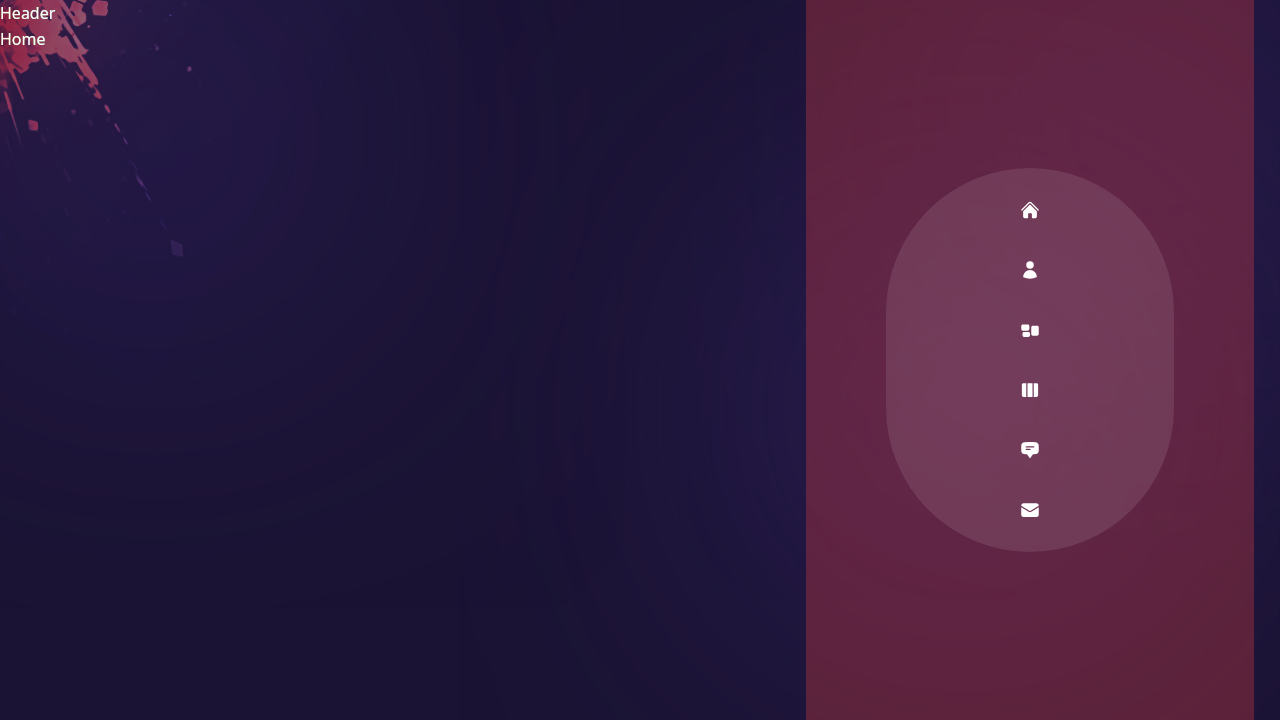
Repository: AchourMaryem/My-personal-portfolio
Page: /
The author's editor kept a copy of each file at every save. The page is drawn from the files as they stood at one save, then again after the next save.
The browser window is 1280 px wide. The pictures show the whole page.
The project was rebuilt for these pictures with package versions that can differ from the ones it lists, and the page was loaded fresh each time. The framework's server and built-in components were replaced by stand-ins that run in the browser. Also part of the build but not shown: next.config.js.

Above is the page before, as saved 2023-09-21 12:03:15.

### pages/_app.js
import '../styles/globals.css';
import Layout from '../components/Layout';
function MyApp({ Component, pageProps }) {
  return(
  <Layout>
  <Component {...pageProps} />
  </Layout>
  );
}

export default MyApp;

### components/Layout.js
import {Sora} from '@next/font/google'


const sora = Sora({
  subsets:['latin'],
  variable:'--font-sora',
  weight:['100','200','300','400','500','600','700','800'],
});
import Nav from '../components/Nav'
import Header from '../components/Header'
import TopLeftImg from '../components/TopLeftImg'

const Layout = ({children}) => {
  return <div className={'page bg-site text-white bg-cover bg-no-repeat ${sora.variable} font-sora relative '}>
   <TopLeftImg />
    <Nav />
    <Header />
    {children}
  </div>;
};

export default Layout;

### components/Nav.js
// icons
import {
  HiHome,
  HiUser,
  HiViewColumns,
  HiRectangleGroup,
  HiChatBubbleBottomCenterText,
  HiEnvelope,
} from 'react-icons/hi2';

// nav data
export const navData = [
  { name: 'home', path: '/', icon: <HiHome /> },
  { name: 'about', path: '/about', icon: <HiUser /> },
  { name: 'services', path: '/services', icon: <HiRectangleGroup /> },
  { name: 'work', path: '/work', icon: <HiViewColumns /> },
  {
    name: 'testimonials',
    path: '/testimonials',
    icon: <HiChatBubbleBottomCenterText />,
  },
  {
    name: 'contact',
    path: '/contact',
    icon: <HiEnvelope />,
  },
];
import Link from 'next/link';
import { useRouter } from 'next/router';
const Nav = () => {
  const router = useRouter();
  const pathname = router.pathname;
  return (
    <nav className='flex flex-col items-center xl:justify-center gap-y-4 fixed h-max bottom-0 mt-auto xl:right-[2%] z-50 top-0 w-full xl:max-w-md xl:h-screen bg-red-500/30 p-20' >
      {/*inner*/}
      <div className='flex w-full xl:flex-col items-center justify-between xl:justify-center gap-y-10 px-4 md:px-40 xl:px-0 h-80 xl:h-max py-8 bg-white/10 backdrop-blur-sm text-3xl xl:text-xl xl:rounded-full '>
        {navData.map((link, index) => {
         return <Link key={index} href={link.path}> {link.icon}</Link>
})}
      </div>
    </nav>
  );
};

export default Nav;

### components/TopLeftImg.js
import Image from "next/image";
const TopLeftImg = () => {
  return <div className="absolute left-0 top-0 mix-blend-color-dodge z-10 w-[200px] xl:w-[400px] opacity-50">
    <Image src='/top-left-img.png' width={400} height={400}  alt=""/>
  </div>;
};

export default TopLeftImg;

Loaded but not shown: pages/index.js (common file); styles/globals.css (common file); components/Header.js (common file); tailwind.config.js (common file)

After the next save:
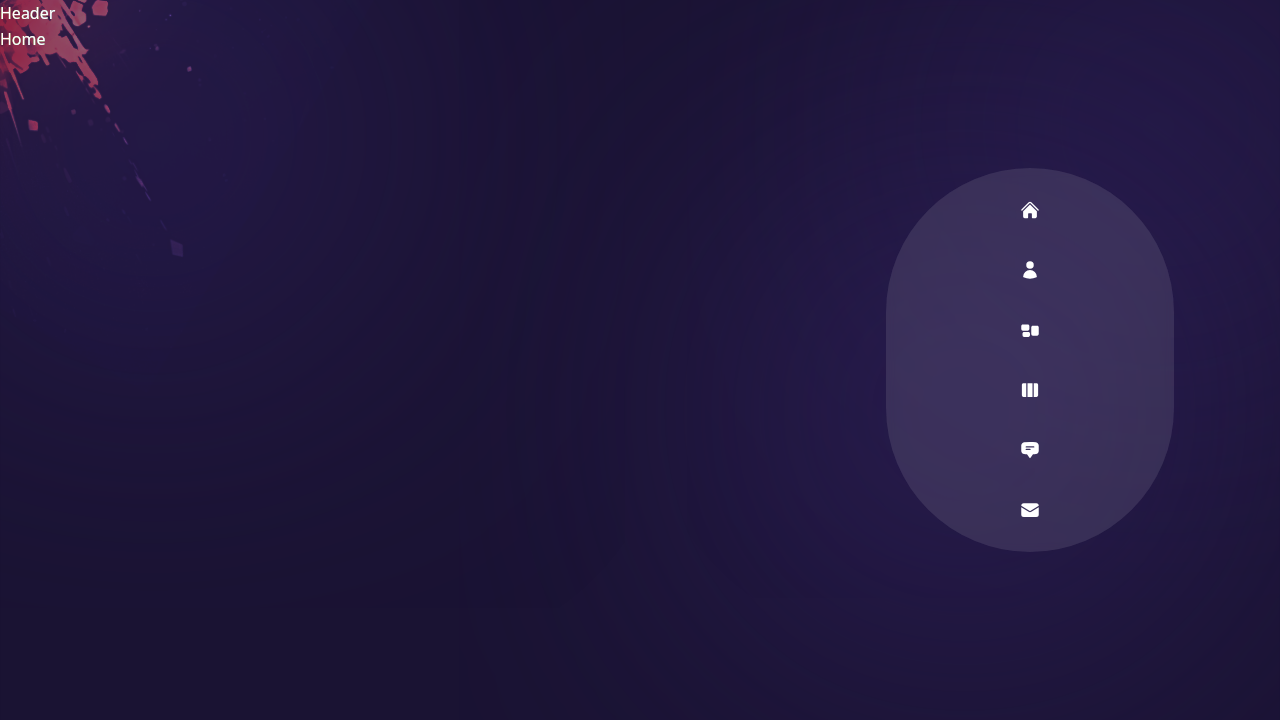
Saved 25 s later.
--- a/components/Nav.js
+++ b/components/Nav.js
@@ -31,7 +31,7 @@ const Nav = () => {
   const router = useRouter();
   const pathname = router.pathname;
   return (
-    <nav className='flex flex-col items-center xl:justify-center gap-y-4 fixed h-max bottom-0 mt-auto xl:right-[2%] z-50 top-0 w-full xl:max-w-md xl:h-screen bg-red-500/30 p-20' >
+    <nav className='flex flex-col items-center xl:justify-center gap-y-4 fixed h-max bottom-0 mt-auto xl:right-[2%] z-50 top-0 w-full xl:max-w-md xl:h-screen p-20' >
       {/*inner*/}
       <div className='flex w-full xl:flex-col items-center justify-between xl:justify-center gap-y-10 px-4 md:px-40 xl:px-0 h-80 xl:h-max py-8 bg-white/10 backdrop-blur-sm text-3xl xl:text-xl xl:rounded-full '>
         {navData.map((link, index) => {
